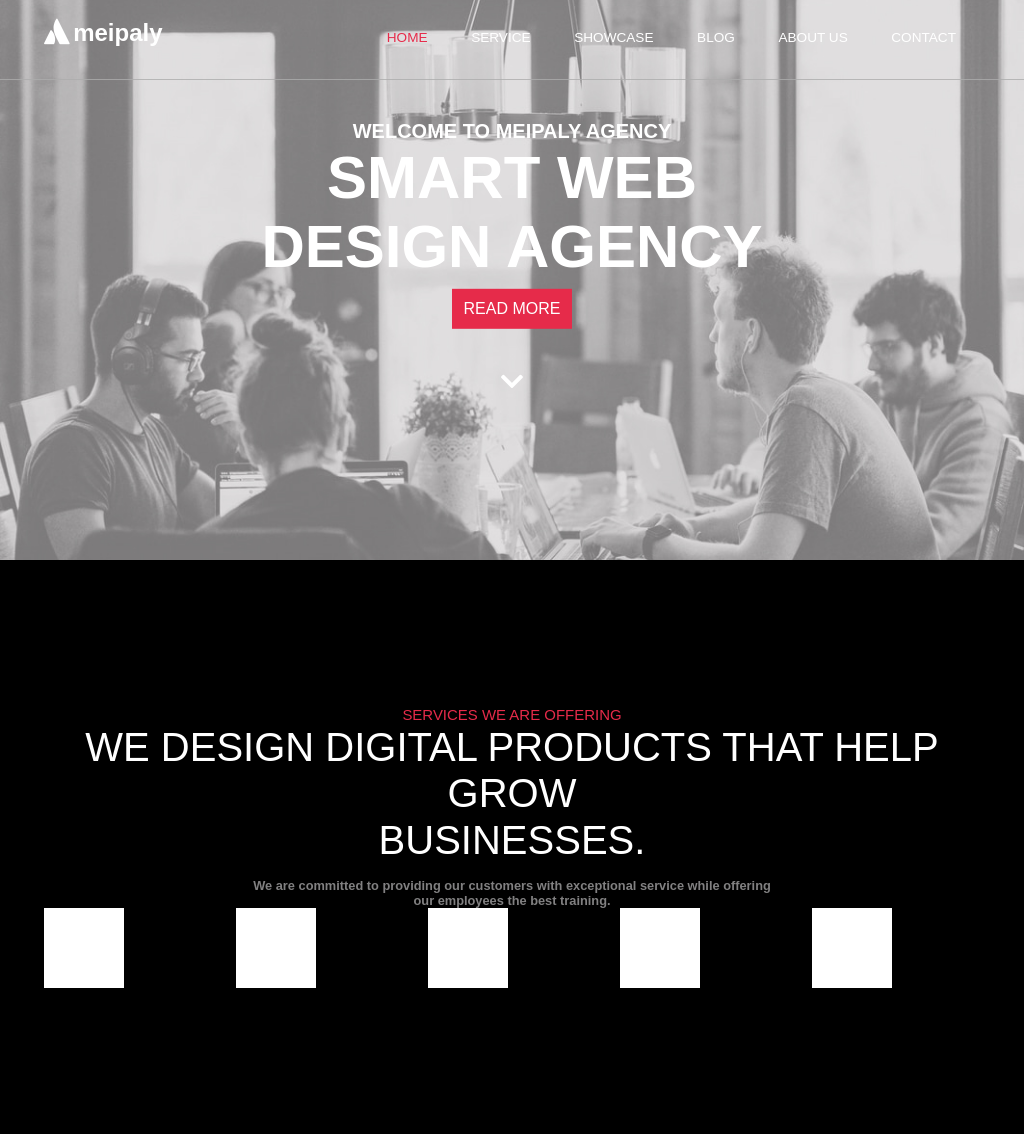
Repository: ToanNguyenThai/Meipaly
Page: index.html
These files come from the project's save history. The page is drawn as it stood at one moment and after the next save; the edit follows.
The browser window is 1280 px wide. The pictures show the whole page, at 80% of full size.

Above is the page before, as saved 2021-12-04 16:03:44.

After the next save:
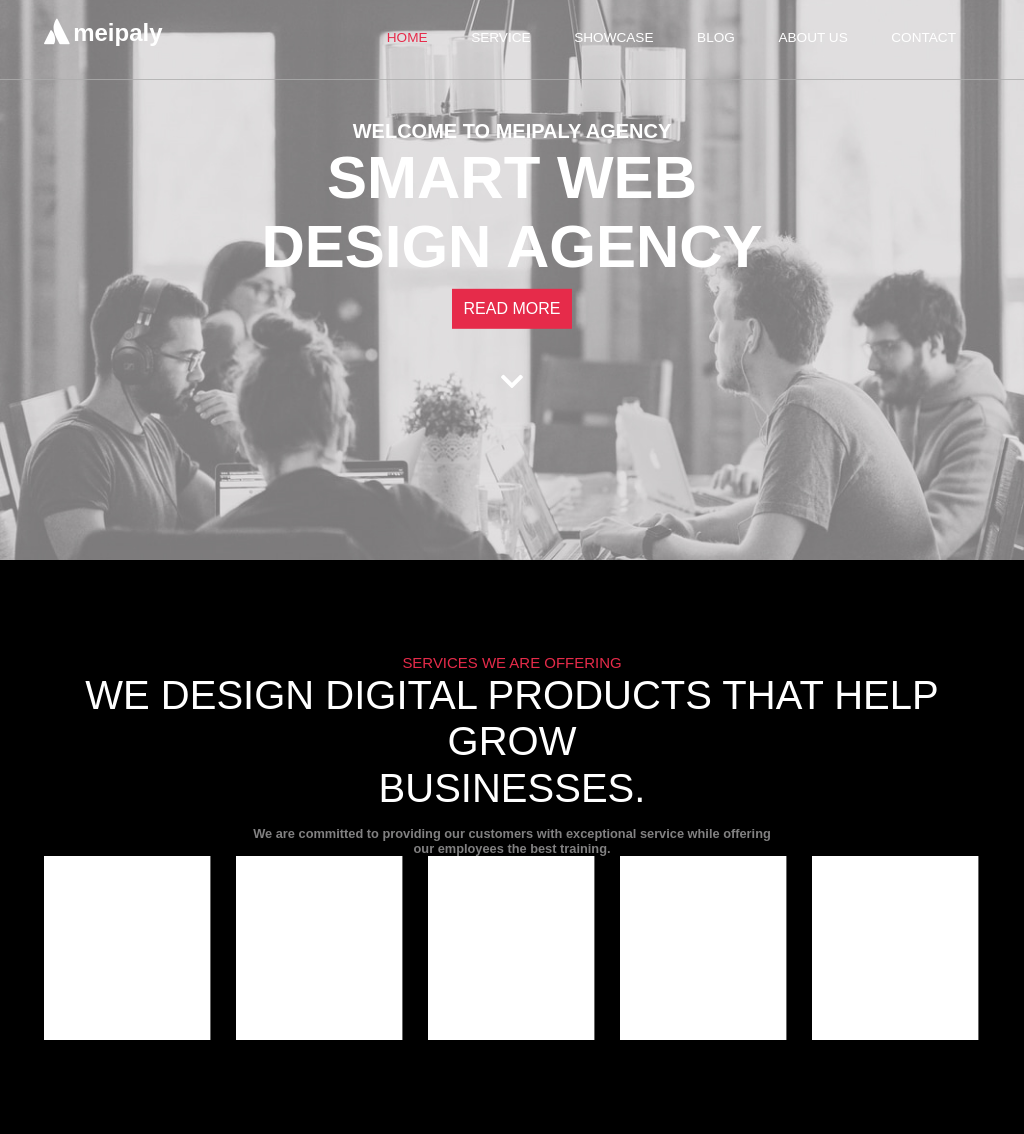
Saved 27 s later.
--- a/css/style.css
+++ b/css/style.css
@@ -140,7 +140,7 @@
     max-width: 1170px;
 }
 .carousel__item{
-    width: 100px;
-    height: 100px;
+    width: 208px;
+    height: 230px;
     background-color: #fff;
 }
